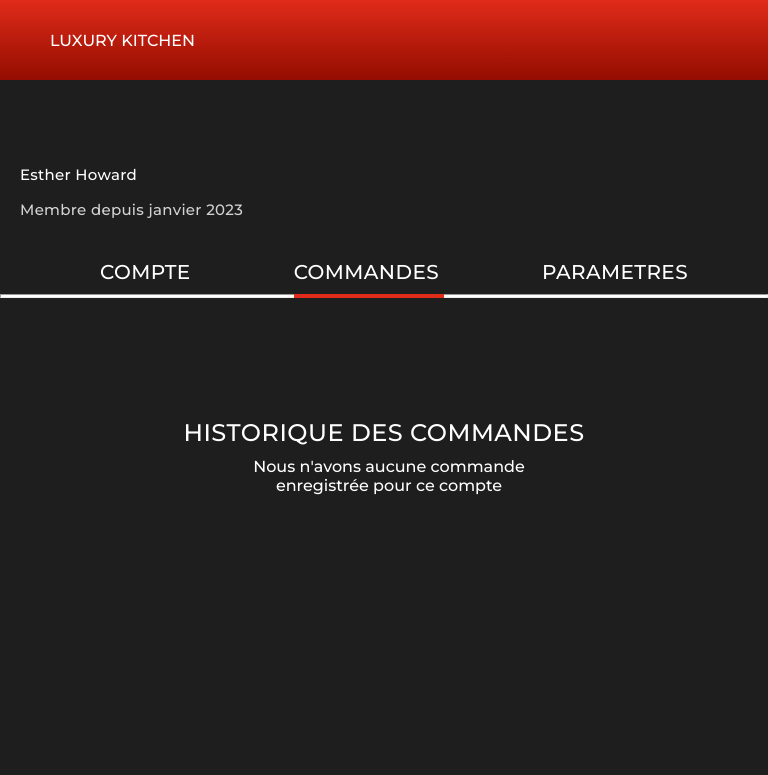
Repository: sisilass31/luxury_kitchen
Page: html/commande.html
An editor plug-in stored every save of this project. The page is shown before and after a run of saves, followed by the edit.
The browser window is 768 px wide. The pictures show the part of the page from y = 0 to 775 px (the page is 1161 px tall).
Some icons come from a web library that is not loaded, so they are not drawn. A picture or video elsewhere on the page could not be fetched, so the positions and the page height are approximate.

Above is the page before, as saved 2023-02-17 12:46:44.

### html/commande.html
<!DOCTYPE html>
<html lang="fr">

<head>
    <meta charset="UTF-8">
    <meta http-equiv="X-UA-Compatible" content="IE=edge">
    <meta name="viewport" content="width=device-width, initial-scale=1.0">
    <script src="https://code.iconify.design/iconify-icon/1.0.3/iconify-icon.min.js"></script>
    <link rel="stylesheet" href="../css/commande.css">
    <title>Luxury Kitchen</title>
</head>

<body>
    <!-- Navbar -->
    <nav>
        <div class="logo"><a href="#">Luxury kitchen</a></div>
        <input type="checkbox" id="click">

        <ul>
            <li><a href="#" class="nav-link">Poêles</a></li>
            <li><a href="#" class="nav-link">Verres</a></li>
            <li><a href="#" class="nav-link">Accessoires</a></li>
            <li><a href="#" class="nav-link">Couverts</a></li>
            <li><a href="#" class="nav-link">Assiettes</a></li>
            <li><a href="#" class="nav-link">Moules et plaques</a></li>
        </ul>
        <div class="icon_navbar">
            <div class="icon">
                <div class="icon_panier">
                    <a href="#"><iconify-icon icon="ph:bag-simple" style="color: white;" width="25"></iconify-icon></a>
                </div>
                <div class="icon_account">
                    <a href="#"><iconify-icon icon="ic:sharp-account-circle" style="color: white;"
                            width="25"></iconify-icon></a>
                </div>
            </div>
            <label for="click" class="menu-btn">
                <i class="fas fa-bars"></i>
            </label>
        </div>
    </nav>

    <main>
        <div class="user">
            <div class="icones">
                <iconify-icon icon="ph:user-circle-light" style="color: white;" width="200" height="200"></iconify-icon>
            </div>
            <div class="texte1">
                <p class="p1">Esther Howard</p>
                <p class="p2">Membre depuis janvier 2023</p>
            </div>
        </div>

        <div class="texte2">
            <a href="compte.html"><p>COMPTE</p></a>
            <div class="parametre">
                <div class="compte">
                    <a href="commande.html"><p class="bye">COMMANDES</p></a>
                </div>
            </div>
            <a href="parametres.html"><p >PARAMETRES</p></a>
        </div>
        <hr>

        <div class="pckge1">
            <div class="pckge">
                <div class="icone">
                    <iconify-icon icon="vaadin:package" style="color: white;" width="100" height="100"></iconify-icon>
                </div>
                <h1>HISTORIQUE DES COMMANDES</h1>
                <p class="p4">Nous n'avons aucune commande <br>
                    enregistrée pour ce compte</p>
            </div>
        </div>

    </main>
    <footer>
        <div class="container">
            <div class="row">
                <div class="footer-col" id="infos">
                    <h4>Contact Information</h4>
                    <ul>
                        <li><a href="#">3891 Ranchview Dr. Richardson, California 62639 USA</a></li>
                        <li><a href="#">(603) 555-0123</a></li>
                        <li><a href="#">georgia.young@example.com</a></li>
                    </ul>
                </div>
                <div class="footer-col" id="decouvre_app">
                    <h4>Découvrez l'application</h4>
                    <div class="grp_app">
                        <div class="app">
                            <img src="../img/other/app_store.png" alt="appstore">
                            <img src="../img/other/google_play.png" alt="google">
                        </div>
                    </div>
                    <div class="paiement">
                        <p>Paiement sécurisé</p>
                        <div class="img_paiement">
                            <div class="logo_paiement">
                                <div class="icon_paiement"><iconify-icon icon="logos:visa"></iconify-icon></div>
                                <div class="icon_paiement"><iconify-icon icon="logos:mastercard"
                                        width="30"></iconify-icon></div>
                                <div class="icon_paiement2"><iconify-icon icon="logos:paypal" width="20"></iconify-icon>
                                </div>
                            </div>
                        </div>
                    </div>
                </div>
                <div class="footer-col" id="reseaux">
                    <h4>Rejoignez-nous</h4>
                    <div class="social-links">
                        <a href="#"><i class="fab fa-facebook-f"></i></a>
                        <a href="#"><i class="fab fa-twitter"></i></a>
                        <a href="#"><i class="fab fa-instagram"></i></a>
                    </div>
                </div>

            </div>
            <div class="grp_swipe">
                <div class="swipe_border">
                    <div class="swipe">
                        <span><iconify-icon icon="material-symbols:arrow-right-alt-rounded" style="color: white;"
                                width="20" rotate="270deg"></iconify-icon></span>
                    </div>
                </div>
            </div>
        </div>
    </footer>
</body>

</html>

### css/commande.css
@import url('https://fonts.googleapis.com/css2?family=Montserrat:wght@100;200;500&display=swap');

* {
  padding: 0;
  margin: 0;
  font-family: Montserrat;
  box-sizing: border-box;
  text-decoration: none;

}

a {
  color: #FFFFFF;
}

body,
html {
  background-color: #1E1E1E;
  color: white;
}


/*navbar*/
nav {
  display: flex;
  height: 80px;
  width: 100%;
  background: linear-gradient(#E02B1A, #930D00);
  align-items: center;
  justify-content: space-between;
  padding: 0 50px 0 100px;
  flex-wrap: wrap;
}

nav .logo {
  color: #fff;
  font-size: 20px;
  text-transform: uppercase;
  text-decoration: none;
}

nav a {
  color: #fff;
  text-decoration: none;
}

nav ul {
  display: flex;
  flex-wrap: wrap;
  list-style: none;
}

nav ul li {
  margin: 0 5px;
}

nav ul li a {
  color: #f2f2f2;
  text-decoration: none;
  font-size: 16px;
  font-weight: 500;
  padding: 8px 15px;
  border-radius: 5px;
  letter-spacing: 1px;
  transition: all 0.3s ease;
}

nav .icon_navbar {
  display: flex;
}

nav .icon {
  display: flex;
}

nav .icon_account {
  padding-right: 25px;
}

nav .icon_panier {
  padding-right: 25px;
}

nav .menu-btn i {
  color: #fff;
  font-size: 22px;
  cursor: pointer;

}

input[type="checkbox"] {
  display: none;
}

@media (max-width: 1000px) {
  nav {
    padding: 0 40px 0 50px;
  }

  nav .logo {
    color: #fff;
    font-size: 16px;
    text-transform: uppercase;
  }
}

@media (max-width: 1250px) {
  nav .menu-btn i {
    display: block;
  }

  #click:checked~.menu-btn i:before {
    content: "\f00d";
  }

  nav ul {
    position: fixed;
    top: 80px;
    right: -100%;
    background: #C81100;
    height: 100vh;
    width: 60%;
    text-align: center;
    display: block;
    transition: all 0.3s ease;
  }

  #click:checked~ul {
    right: 0;
  }

  nav ul li {
    width: 100%;
    margin: 40px 0;
  }

  nav ul li a {
    width: 100%;
    display: block;
    font-size: 20px;
    transition: 0.6s cubic-bezier(0.68, -0.55, 0.265, 1.55);
  }

  #click:checked~ul li a {
    margin-left: 0px;
  }

  nav ul li a.active,
  nav ul li a:hover {
    background: none;
    color: #1E1E1E;
  }

}

/* navbar */


.user {
  display: flex;
}

.icones {
  padding-left: 20px;
  padding-top: 20px;
}


.texte1 {
  padding-top: 80px;
}

p.p1 {
  color: #ffffff;
  font-family: 'Montserrat';
  font-style: normal;
  font-weight: 500;
  font-size: 35px;
  line-height: 30px;
  letter-spacing: 0.02em;
  margin-bottom: 10px;
  padding-right: 70px;
}

p.p2 {
  font-family: 'Montserrat';
  font-style: normal;
  font-weight: 500;
  font-size: 25px;
  line-height: 20px;
  letter-spacing: 0.02em;
  color: rgba(255, 255, 255, 0.8);
}

.texte2 {
  display: flex;
  justify-content: space-between;
  margin-top: 40px;
  margin-left: 100px;
  margin-right: 80px;
  font-size: 20px;
  font-family: 'Montserrat';
  font-style: normal;
  font-weight: 500;
  line-height: 24px;
  letter-spacing: 0.02em;
  text-transform: uppercase;

}

p.bye::before {
  content: '';
  position: absolute;
  background-color: #E02B1A;
  height: 4px;
  box-sizing: border-box;
  width: 150px;
  margin-top: 34px;
  z-index: 1;

}


hr {
  margin-top: 10px;
  background-color: #ffffff;
  height: 4px;
  size: 500px;
  z-index: -1;
}




.pckge1 {
  display: flex;
  justify-content: center;
  margin-bottom: 300px;
  margin-top: 100px;
}

.icone {
  margin-left: 160px;
  margin-bottom: 20px;
}


h1 {
  font-family: 'Montserrat';
  font-style: normal;
  font-weight: 500;
  font-size: 24px;
  line-height: 29px;
  letter-spacing: 0.02em;
  margin-bottom: 10px;
}

p.p4 {
  margin-left: 10px;
  text-align: center;

}



@media (max-width:700px) {

  p.p1 {
    font-size: 15px;
  }

  p.p2 {
    font-size: 15px;

  }

  p {
    font-size: 13px;
    margin-left: 40px;
  }

  .texte2 {
    margin-left: 8px;
  }

  h1 {
    font-size: 15px;
  }

  p.bye::before {
    width: 100px;
  }


}

@media screen and (min-width:701px) and (max-width:991px) {
  p.p1 {
    font-size: 15px;
  }

  p.p2 {
    font-size: 15px;

  }


}

/* footer */
footer {
  background-color: #121212;
  color: white;
}

/*footer*/
.container {
  max-width: 1170px;
  margin: auto;
}

.row {
  display: flex;
  flex-wrap: wrap;
  justify-content: space-between;
  padding: 5%;
}

ul {
  list-style: none;
}

.footer {
  background-color: #121212;
  padding: 70px 0;
  margin-top: 80px;
}

.app {
  display: flex;
  justify-content: space-around;
}

.app img {
  padding-right: 10%;
  width: 140px;
}

.footer-col {
  width: 25%;
  padding: 0 15px;
}

.footer-col h4 {
  font-size: 15px;
  color: #ffffff;
  text-transform: uppercase;
  margin-bottom: 30px;
  font-weight: 500;
  position: relative;
}

.footer-col h4::before {
  content: '';
  position: absolute;
  left: 0;
  bottom: -10px;
  background-color: #E02B1A;
  height: 2px;
  box-sizing: border-box;
  width: 80px;
}

.footer-col ul li:not(:last-child) {
  margin-bottom: 10px;
}

.footer-col ul li a {
  font-size: 16px;
  text-decoration: none;
  font-weight: 400;
  color: rgba(255, 255, 255, 0.50);
  display: block;
  transition: all 0.3s ease;
}

.footer-col .social-links a {
  display: inline-block;
  height: 40px;
  width: 40px;
  margin: 0 10px 10px 0;
  text-align: center;
  line-height: 40px;
  color: #E02B1A;
  transition: all 0.5s ease;
}

.footer-col .social-links a:hover {
  color: #FFF;
}

/*paiement*/
.icon_paiement {
  margin-right: 30px;
}

.logo_paiement {
  display: flex;
  justify-content: center;
  padding-top: 25px;
}

.paiement {
  display: flex;
  justify-content: center;
  flex-direction: column;
  padding-top: 30px;
}

.paiement p {
  text-transform: uppercase;
  display: flex;
  justify-content: center;
}

/*paiement*/
/*swipe*/
.grp_swipe {
  display: flex;
  justify-content: center;
  padding-bottom: 25px;
}

.swipe_border {
  border: solid 2px;
  border-radius: 50px;
  width: 30px;
  height: 30px;
}

.swipe span {
  padding: 5px;
}

.swipe {
  display: flex;
  justify-content: center;
}

/*swipe*/
/*responsive*/
@media(max-width: 976px) {
  .footer-col {
    width: 50%;
    margin-bottom: 30px;
  }

  .row {
    display: flex;
    flex-wrap: wrap;
    justify-content: space-between;
    padding: 5%;
    text-align: center;
  }

  .footer-col h4::before {
    display: none;
  }

  #infos {
    display: none;
  }
}

@media(max-width: 574px) {
  .footer-col {
    width: 100%;
  }
}

After the next 2 saves:
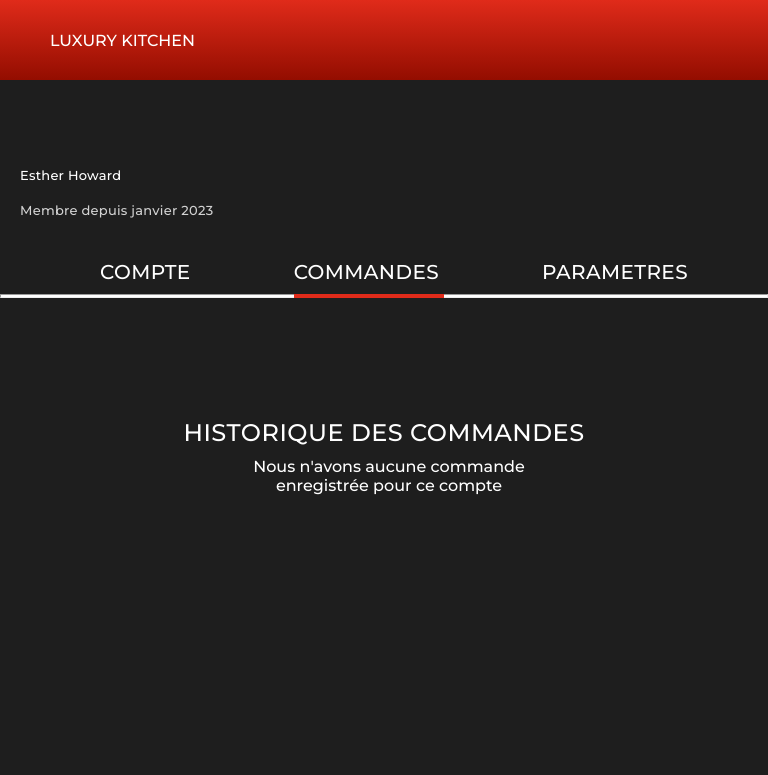
The 2 saves are shown as one change because they came seconds apart.
The last was saved 8 s later.
--- a/css/commande.css
+++ b/css/commande.css
@@ -296,11 +296,11 @@ p.p4 {
 
 @media screen and (min-width:701px) and (max-width:991px) {
   p.p1 {
-    font-size: 15px;
+    font-size: 13px;
   }
 
   p.p2 {
-    font-size: 15px;
+    font-size: 13px;
 
   }
 
